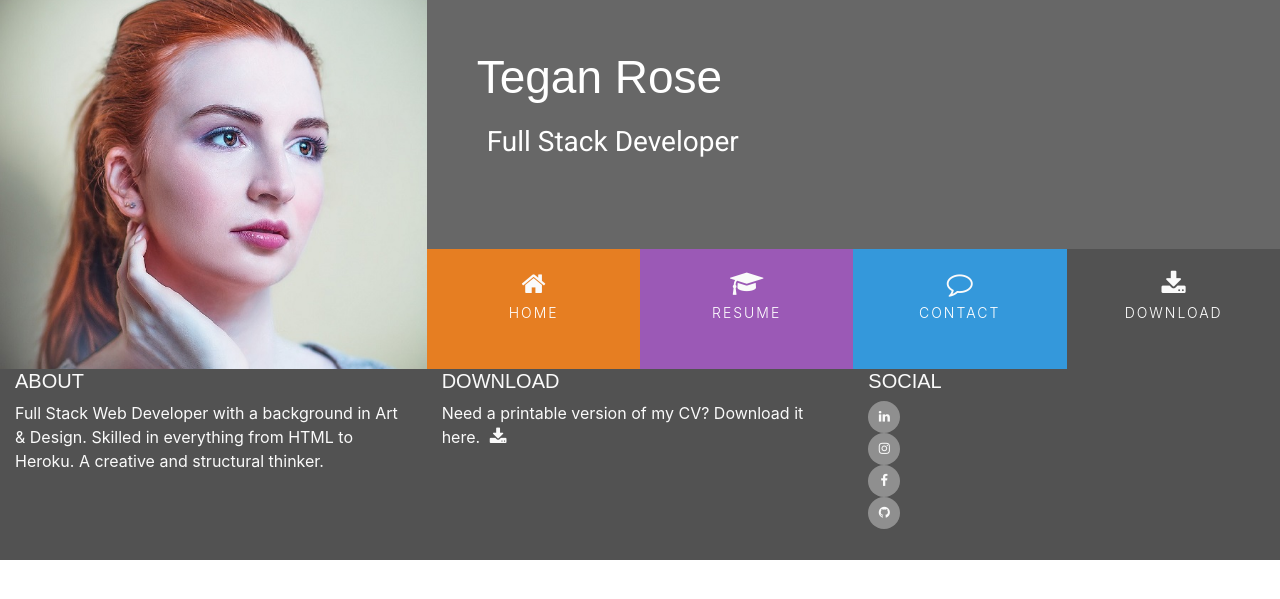
Repository: TSRose/Resume
Page: index.html
The author's editor kept a record of every edit. The page is drawn from the files as they stood at one moment, then again after the next edit.
The browser window is 1280 px wide. The pictures show the whole page.

Above is the page before.

### index.html
<!DOCTYPE html>
<html lang="en">

<head>
    <meta charset="UTF-8">
    <meta name="viewport" content="width=device-width, initial-scale=1.0">
    <meta http-equiv="X-UA-Compatible" content="ie=edge">
    <link rel="stylesheet" href="https://stackpath.bootstrapcdn.com/bootstrap/4.3.1/css/bootstrap.min.css" type="text/css" />
    <link rel="stylesheet" href="https://stackpath.bootstrapcdn.com/font-awesome/4.7.0/css/font-awesome.min.css" type="text/css" />
    <link rel="stylesheet" href="assets/css/style.css" type="text/css" />
    <link rel="stylesheet" href="https://cdnjs.cloudflare.com/ajax/libs/hover.css/2.3.1/css/hover-min.css" type="text/css" />
    <title>Tegan Rose</title>
</head>

<body>
    <header>
        <div class="row no-gutters">
            <a href="index.html" class="col-md-4 logo">

            </a>
            <div class="col-md-8">
                <div class="row no-gutters bg-color-name-title">
                    <div class="col">
                        <h1 class="name">Tegan Rose</h1>
                        <h2 class="title"> Full Stack Developer</h2>
                    </div>
                </div>
                <div class="row no-gutters">
                    <div class="col">
                        <ul id="nav" class="list-inline menucontainer">
                            <li class="col-6 col-sm-3 ui-menu-color-home list-inline-item menuitem">
                                <a href="#" class="hvr-sweep-to-bottom"><i class="fa fa-home" aria-hidden="true"></i><span>Home</span></a>
                            </li>
                            <li class="col-6 col-sm-3 ui-menu-color-resume list-inline-item menuitem">
                                <a href="#" class="hvr-sweep-to-bottom"><i class="fa fa-graduation-cap" aria-hidden="true"></i><span>Resume</span></a>
                            </li>
                            <li class="col-6 col-sm-3 ui-menu-color-contact list-inline-item menuitem">
                                <a href="#" class="hvr-sweep-to-bottom"><i class="fa fa-comment-o" aria-hidden="true"></i><span>Contact</span></a>
                            </li>
                            <li class="col-6 col-sm-3 ui-menu-color-download list-inline-item menuitem">
                                <a href="#" class="hvr-sweep-to-bottom"><i class="fa fa-download" aria-hidden="true"></i><span>Download</span></a>
                            </li>
                        </ul>
                    </div>
                </div>
            </div>
        </div>
    </header>
    <section>

    </section>
    <footer class="container-fluid">
        <div class="row">
            <div class="col-sm-4">
                <h5 class="uppercase general-sub">About</h5>
                <p class="inline-block">
                    Full Stack Web Developer with a background in Art & Design. Skilled in everything from HTML to Heroku. A creative and structural thinker.
                </p>
            </div>
            <div class="col-sm-4">
                <h5 class="uppercase general-sub">Download</h5>
                <p class="inline-block">
                    Need a printable version of my CV? Download it here.
                    <a href="#" target="_blank" class="cv-pdf">
                        <i class="fa fa-download" aria-hidden="true"></i>
                        <span class="sr-only">Download link.</span>
                    </a>
                </p>
            </div>
            <div class="col-sm-4">
                <h5 class="uppercase general-sub">Social</h5>
                <ul class="list-inline social-links">
                    <li class="list-inline-item">
                        <a target="_blank" href="#">
                        <i class="fa fa-linkedin" aria-hidden="true"></i>
                        <span class="sr-only">LinkedIn</span>
                        </a>
                    </li>
                     <li class="list-inine-item">
                        <a target="_blank" href="#">
                        <i class="fa fa-instagram" aria-hidden="true"></i>
                        <span class="sr-only">Instagram</span>
                        </a>
                    </li>
                    <li class="list-inine-item">
                        <a target="_blank" href="#">
                        <i class="fa fa-facebook" aria-hidden="true"></i>
                        <span class="sr-only">Facebook</span>
                        </a>
                    </li>
                    <li class="list-inine-item">
                        <a target="_blank" href="#">
                        <i class="fa fa-github" aria-hidden="true"></i>
                        <span class="sr-only">GitHub</span>
                        </a>
                    </li>

                </ul>
            </div>
        </div>
    </footer>
</body>

</html>

### assets/css/style.css
@import url('https://fonts.googleapis.com/css?family=Roboto&display=swap:100,200,300,400,500,600,700 | Exo:100,200,300,400,500,600,700');

/*------------------------------------Colours */

.bg-color-name-title {
    background-color: #676767;
}

.ui-menu-color-home {
    background-color: #e67e22;
}

.ui-menu-color-resume {
    background-color: #9b59b6;
}

.ui-menu-color-contact {
    background-color: #3498db;
}

.ui-menu-color-download {
    background-color: #525252;
}

/*------------------------------------Special paddings/margins/text */

h1,
h2,
h3,
h4 {
    margin: 0;
}

.uppercase {
    text-transform: uppercase;
}

.general-sub {
    font-family: "Exo", sans-serif;
    font-weight: 300;
    color: #fafafa;
}

.inline-block {
    display: inline-block;
}

/*------------------------------------Headings */

header {
    margin: 0;
}

.heading {
    margin-left: 50px;
}

.logo {
    background: url("../images/logo.jpg");
    background-position: center;
    background-repeat: no-repeat;
    background-size: cover;
    min-height: 360px;
    transition: all .5s ease-in-out;
    -moz-transition: all .5s ease-in-out;
    -webkit-transition: all .5s ease-in-out;
}

.name {
    font-family: "Exo", sans-serif;
    font-weight: 100;
    font-size: 46px;
    margin-top: 50px;
    margin-left: 50px;
    color: #fff;
}

.title {
    font-family: "Roboto", sans-serif;
    font-weight: 200;
    font-size: 28px;
    margin-top: 20px;
    margin-bottom: 90px;
    margin-left: 60px;
    color: #fff;
}

.list-inline-item:not(:last-child) {
    margin: 0;
}

.menucontainer {
    font-size: 0;
}

#nav {
    margin: 0;
}

#nav li {
    font-size: 14px;
    padding: 0;
}

.menuitem {
    height: 120px;
    text-align: center;
    padding: 0;
}

.menuitem a {
    width: 100%;
    text-decoration: 0;
    color: #fff;
    height: 120px;
}

.menuitem a i {
    padding-top: 22px;
    display: block;
    color: #fafafa;
    font-size: 26px;
}

.menuitem span {
    display: block;
    width: 100%;
    padding-top: 5px;
    text-align: center;
    text-transform: uppercase;
    font-size: 14px;
    font-weight: 300;
    letter-spacing: 2px;
}

/*------------------------------------Hover.css */

.hvr-sweep-to-bottom:before {
    background-color: rgba(0, 0, 0, 0.2) !important;
    height: 120px;
}

/*------------------------------------Footer */

footer {
    background-color: #525252;
    color: #fafafa;
    min-height: 120px;
    margin: 0;
}

.cv-pdf i {
    font-size: 18px;
    color: #fafafa;
    text-align: center;
    padding-left: 5px;
    transition: all 0.35s ease-in-out;
    -moz-transition: all 0.35s ease-in-out;
    -webkit-transition: all 0.35s ease-in-out;
    -o-transition: all 0.35s ease-in-out;
}

.cv-pdf i:hover {
    color: #e84610;
}

.social-links {
    padding-bottom: 15px;
}

.social-links li a i {
    width: 32px;
    height: 32px;
    padding: 12px 0;
    border-radius: 50%;
    font-size: 13px;
    line-height: 7px;
    text-align: center;
    color: #fafafa;
    background: #8f8f8f;
    transition: all 0.35s ease-in-out;
    -moz-transition: all 0.35s ease-in-out;
    -webkit-transition: all 0.35s ease-in-out;
    -o-transition: all 0.35s ease-in-out;
}

After the next edit:
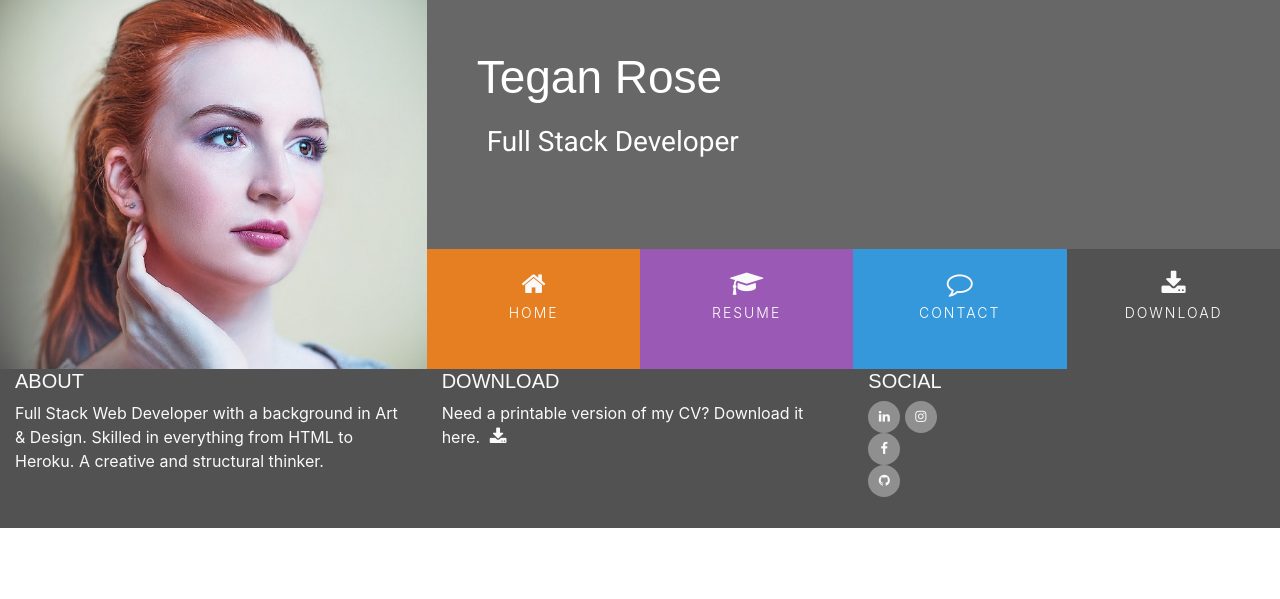
The edit:
--- a/index.html
+++ b/index.html
@@ -76,7 +76,7 @@
                         <span class="sr-only">LinkedIn</span>
                         </a>
                     </li>
-                     <li class="list-inine-item">
+                     <li class="list-inline-item">
                         <a target="_blank" href="#">
                         <i class="fa fa-instagram" aria-hidden="true"></i>
                         <span class="sr-only">Instagram</span>
